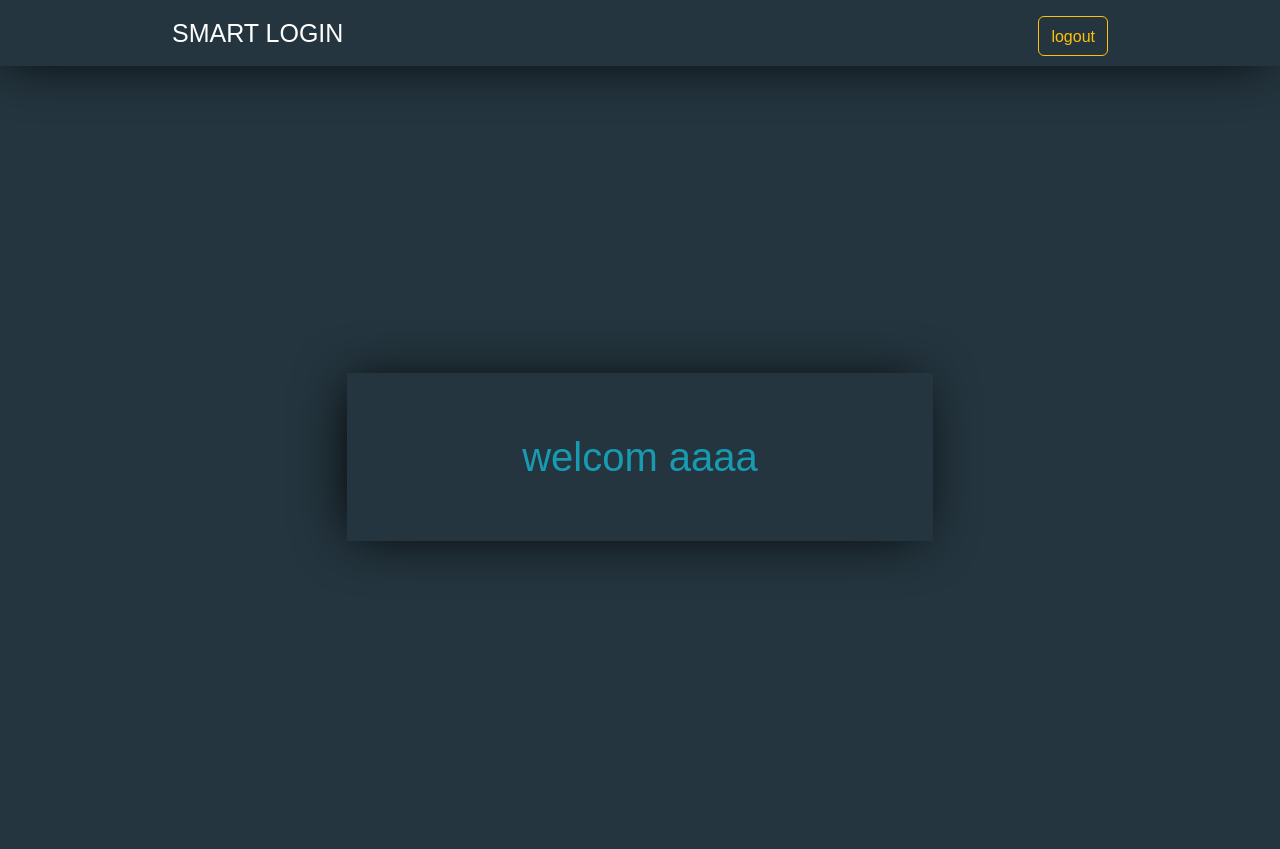
Repository: bodajava/TASK-4
Page: theerdIndex.html
The author's editor kept a copy of each file at every save. The page is drawn from the files as they stood at one save, then again after the next save.
The browser window is 1280 px wide. The pictures show the whole page.

Above is the page before, as saved 2025-06-18 20:37:53.

### theerdIndex.html
<!DOCTYPE html>
<html lang="en">
  <head>
    <link rel="stylesheet" href="CSS/all.min.css" />
    <link rel="stylesheet" href="CSS/bootstrap.css" />
    <link rel="stylesheet" href="CSS/style.css" />
    <meta charset="UTF-8" />
    <meta name="viewport" content="width=device-width, initial-scale=1.0" />
    <title>Document</title>
  </head>
  <body>
    <div id="container" class="container-fluid">
      <nav
        id="nav"
        class="container navbar navbar-expand-lg bg-body-tertiary pt-0 pb-0"
      >
        <div class="container-fluid">
          <a id="margen" class="navbar-brand" href="#">SMART LOGIN</a>

          <button
            class="navbar-toggler"
            type="button"
            data-bs-toggle="collapse"
            data-bs-target="#navbarSupportedContent"
            aria-controls="navbarSupportedContent"
            aria-expanded="false"
            aria-label="Toggle navigation"
          >
            <span class="navbar-toggler-icon"></span>
          </button>

          <div class="collapse navbar-collapse" id="navbarSupportedContent">
            <ul class="navbar-nav ms-auto mb-2 mb-lg-0">
              <li>
                <a
                  class="pt-2 mt-3 btn btn-outline-warning w-100 d-flex align-items-center"
                  href=""
                  >logout</a
                >
              </li>
            </ul>
          </div>
        </div>
      </nav>
    </div>
    <div id="booox" class="group m-auto w-75 p-5">
      <h1 id="userName" class="text-center">welcom aaaa</h1>
    </div>
    <script src="js/bootstrap.bundle.min.js"></script>
    <script src="js/index.js"></script>
  </body>
</html>

### CSS/style.css
* {
  padding: 0;
  margin: 0;
  box-sizing: border-box;
}

body {
  background-color: #24353f;

  font-family: Arial, sans-serif;
}

#item {
  margin-top: 60px;
  margin-left: 390px;
  margin-right: 390px;
  padding-left: 15px;
  padding-right: 15px;
}

#item2 {
  box-shadow: -5px 2px 54px -9px rgba(0, 0, 0, 1);
  margin-left: 138.75px;
  margin-right: 138.75px;
  padding-left: 60px;
  padding-right: 60px;
  padding-top: 60px;
  padding-bottom: 60px;
}

h1 {
  color: #189bb1;
}

.anchor {
  text-decoration: none;
}

.anchor:hover {
  text-decoration: underline;
}

.paragraph {
  font-size: 20px;
  line-height: 30px;
  font-weight: 400;
  color: white;
}

.paragraph a {
  font-size: 20px;
  line-height: 30px;
  font-weight: 400;
  color: white;
}

.form-control {
  background-color: #24353f;
  border: 1px solid white;
  color: #fff;
  border-radius: 5px;
}

.form-control::placeholder {
  color: #a0a0a0;
}

.form-control:focus {
  background-color: #24353f;
  color: #fff;
  border-color: #189bb1;
  outline: none;
  box-shadow: none;
}

.btnn {
  text-decoration: none;
  color: #189bb1;
}

.btnn:hover {
  color: white;
}

#box {
  box-shadow: -5px 2px 54px -9px rgba(0, 0, 0, 1);
}

#nav {
  background-color: #24353f !important;
}

#container {
  box-shadow: -5px 2px 54px -9px rgba(0, 0, 0, 1);
}

#margen {
  margin-left: 90px;
  font-size: 25px;
  line-height: 38px;
  font-weight: 400;
  color: white;
}

ul li {
  margin-right: 90px;
  padding-bottom: 10px;
}

#userName {
  box-shadow: -5px 2px 54px -9px rgba(0, 0, 0, 1);
  padding-left: 60px;
  padding-right: 60px;
  padding-bottom: 60px;
  padding-top: 60px;
  margin-top: 259.375px;
  margin-bottom: 259.375px;
  margin-left: 138.75px;
  margin-right: 138.75px;
}

Loaded but not shown: CSS/all.min.css (library); CSS/bootstrap.css (library); js/bootstrap.bundle.min.js (library); js/index.js (no copy from this time; the picture is the same without it)

After the next save:
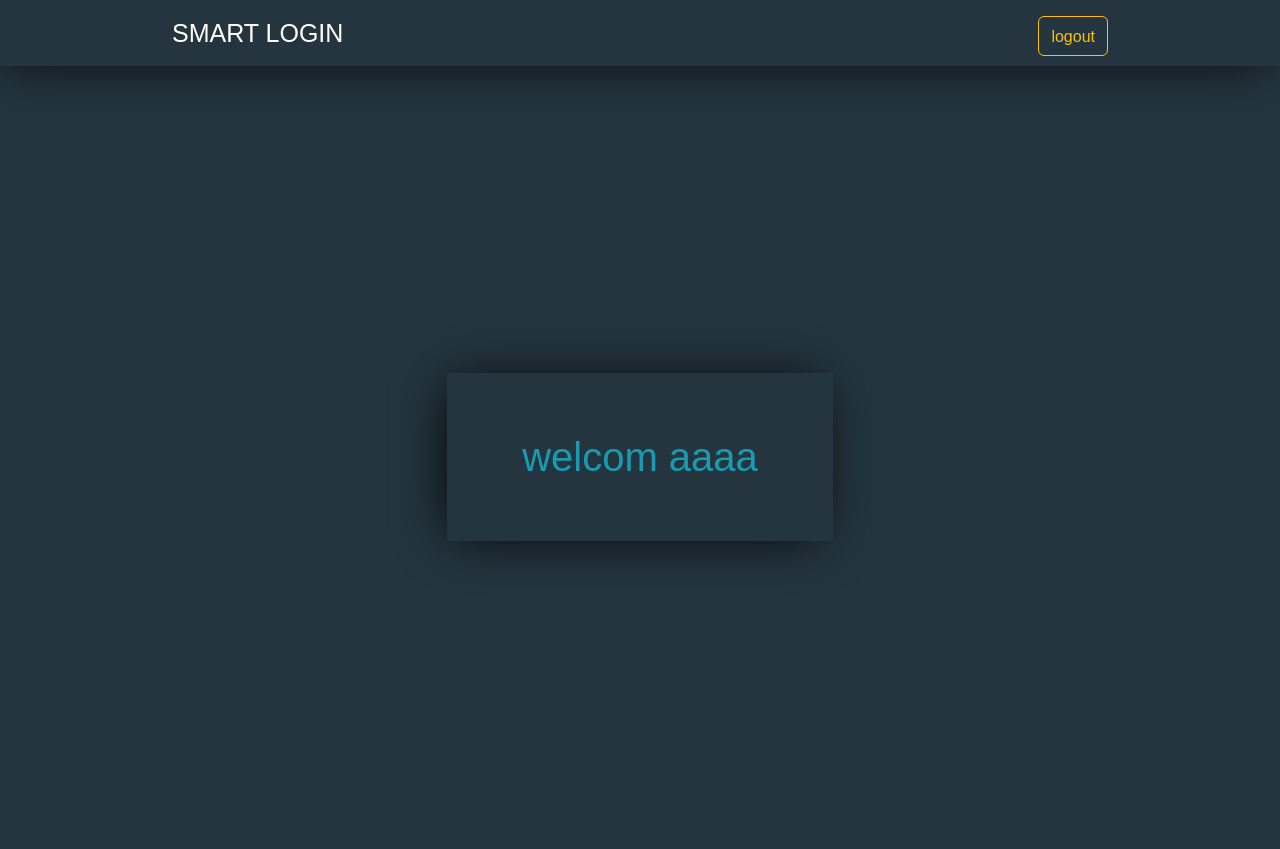
Saved 31 s later.
--- a/CSS/style.css
+++ b/CSS/style.css
@@ -115,6 +115,6 @@ ul li {
   padding-top: 60px;
   margin-top: 259.375px;
   margin-bottom: 259.375px;
-  margin-left: 138.75px;
-  margin-right: 138.75px;
+  margin-left: 238.75px;
+  margin-right: 238.75px;
 }
